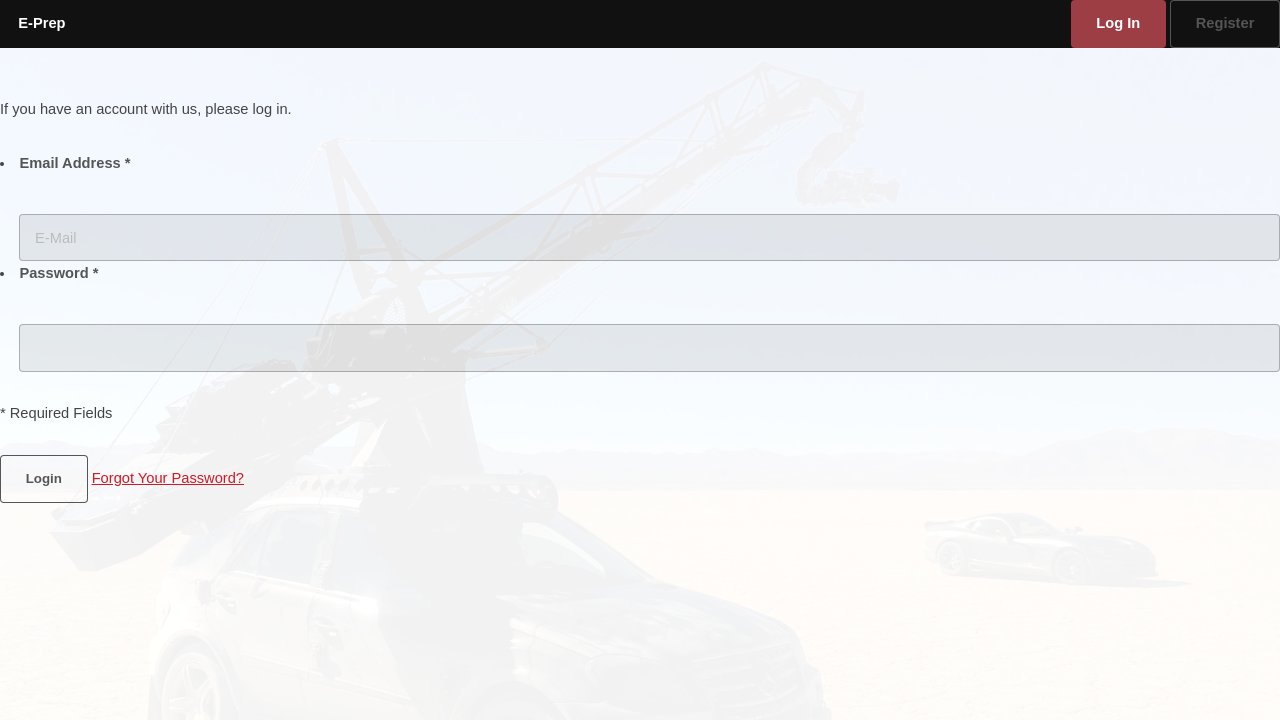
Repository: frankiep95/EPrep
Page: http://localhost/ePrep/WEB-INF/views/login.jsp
An editor plug-in stored every save of this project. The page is shown before and after the next save, followed by the edit.
The browser window is 1280 px wide. The pictures show the whole page.
Some web fonts or font styles are not loaded; a fallback is used. The page is served by Tomcat 9. Nobody is signed in. Other server files are loaded and not shown. The template is opened directly, without the code that normally fills it, so the values that code supplies are empty.

Above is the page before, as saved 2020-10-05 05:32:13.

### ePrep/src/main/webapp/WEB-INF/views/login.jsp
<%@ page language="java" contentType="text/html; charset=ISO-8859-1"
    pageEncoding="ISO-8859-1"%>
<!DOCTYPE html>
<html lang="en">
<head>
		<title>Log In</title>
		<meta charset="utf-8">
		<meta name="viewport" content="width=device-width, initial-scale=1, user-scalable=no">
		<meta name="description" content="">
		<meta name="keywords" content="">
		<link rel="stylesheet" href="static/assets/css/main.css">

</head>

<body class="">


  <!-- Header -->
  <jsp:include page="Components/header.jsp"></jsp:include>
  <!-- end header -->

  <!-- Navbar -->


  <!-- Main Container -->

            <h3><small class="text-danger">${error} ${param.error}</small> <br>${msg}</h3>
            <form action="login" method="POST" >
            <div class="content">
              <p>If you have an account with us, please log in.
              </p>
              <ul class="form-list">
                <li>
                  <label for="email">Email Address <span class="required">*</span></label>
                  <br>
                  <input type="email" title="E-Mail" placeholder="E-Mail" class="input-text" id="email" name="email">
                </li>
                <li>
                  <label for="password">Password <span class="required">*</span></label>
                  <br>
                  <input type="password" title="" id="pass" class="input-text" name="password">
                </li>
              </ul>
              <p class="required">* Required Fields</p>
              <div class="buttons-set">
                <button id="send2" type="submit" class="button login"><span>Login</span></button>
                <a class="forgot-word" href="#">Forgot Your Password?</a> </div>
            </div>
            </form>


</body>
</html>

### ePrep/src/main/webapp/WEB-INF/views/Components/header.jsp
<%@ taglib prefix="spring" uri="http://www.springframework.org/tags"%>
<%@ taglib prefix="c" uri="http://java.sun.com/jsp/jstl/core"%>
<header id="header">
	<a class="logo" href="index.html">E-Prep</a>
	<nav>
		<div>

				<c:choose>
					<c:when test="${empty loggedInUser}">
						<a class="button primary header" href="login">Log In</a>
						<a class="button" href="signup">Register</a>
					</c:when>
					<c:otherwise>
						<%--             	<c:if test="${fn:contains(role,'ADMINDBA')}"> --%>
						<c:if test="${role eq 'ADMIN' || role eq 'DBA'}">
							<div class="login">
								<a href="admin"><span class="hidden-xs">admin</span></a>
							</div>
						</c:if>
						<div class="myaccount">
							<a title="My Account" href="profile"><span class="hidden-xs">My
									Account</span></a>
						</div>
						<div class="myaccount">
							<a title="My Account" href="logout"><span class="hidden-xs">Logout</span></a>
						</div>
					</c:otherwise>
				</c:choose>



		</div>
	</nav>
</header>
<nav id="menu">
	<ul class="links">
		<li><a href="index.html">Home</a></li>
		<li><a href="elements.html">Elements</a></li>
		<li><a href="generic.html">Generic</a></li>
	</ul>
	<a href="#menu" class="close"></a>
</nav>

### ePrep/src/main/webapp/WEB-INF/views/Components/footer.jsp
			<footer id="footer">
				<div class="inner">
					<div class="content">
						<section>
							<h3>E-Prep</h3>
							<p>Thank you for your interest! E-Prep is a tool designed to help all the individuals involved in getting that picture perfect shot a way to organize and track what equipment is needed for the job</p>
						</section>

						<section>
							<h4>Connect with us!</h4>
							<ul class="plain">
								<li><a href="#"><i class="icon fa-twitter">&nbsp;</i>Twitter</a></li>
								<li><a href="#"><i class="icon fa-facebook">&nbsp;</i>Facebook</a></li>
								<li><a href="#"><i class="icon fa-instagram">&nbsp;</i>Instagram</a></li>
							</ul>
						</section>
					</div>
					<div class="copyright">
						© Untitled. Photos <a href="https://unsplash.co">Unsplash</a>, Video <a href="https://coverr.co">Coverr</a>.
					</div>
				</div>
			</footer>

Loaded but not shown: ePrep/src/main/webapp/static/assets/css/font-awesome.min.css (library); ePrep/src/main/webapp/static/assets/css/main.css (2826 lines, source omitted)

After the next save:
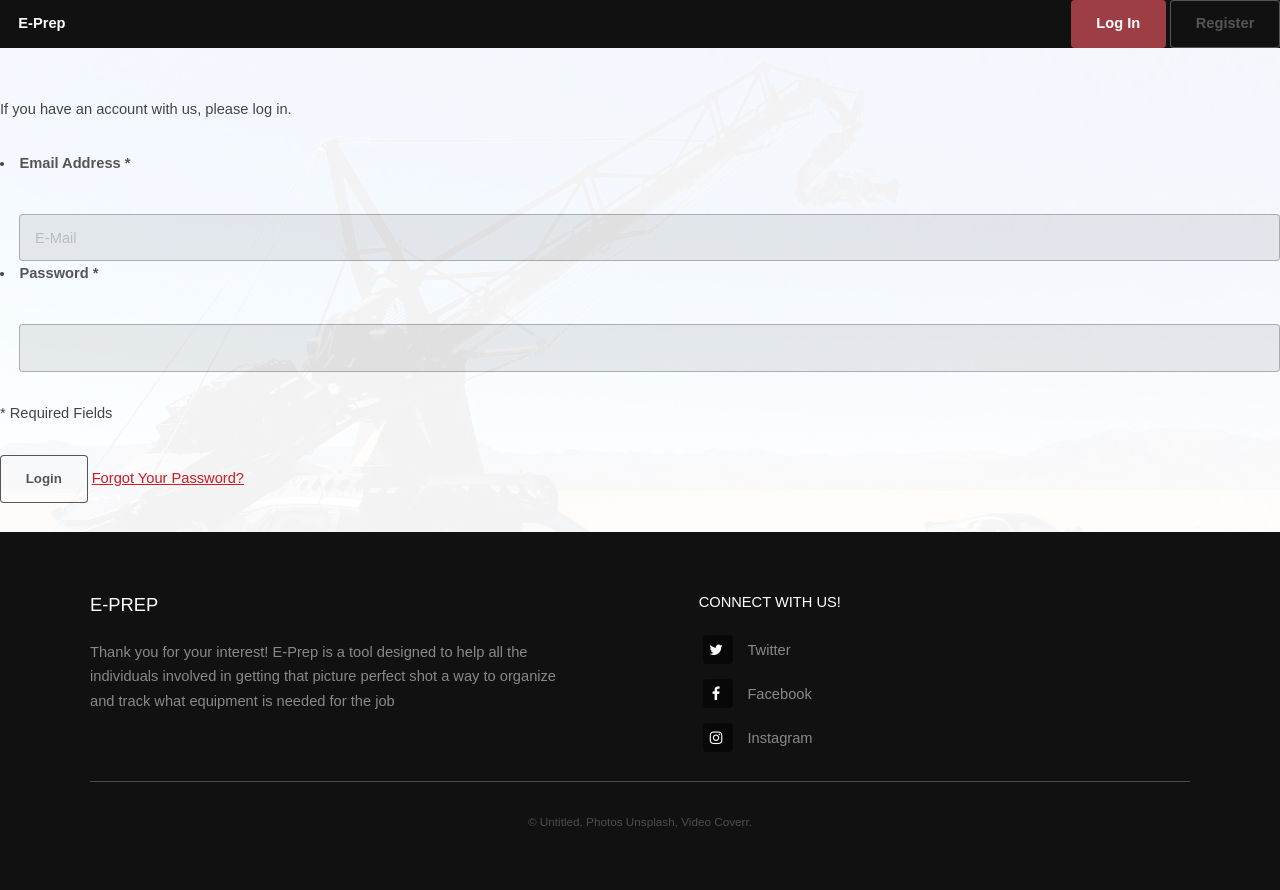
Saved 61 s later.
--- a/ePrep/src/main/webapp/WEB-INF/views/login.jsp
+++ b/ePrep/src/main/webapp/WEB-INF/views/login.jsp
@@ -16,7 +16,7 @@
 
 
   <!-- Header -->
-  <jsp:include page="Components/header.jsp"></jsp:include>
+  <jsp:include page="Components/header.jsp"/>
   <!-- end header -->
 
   <!-- Navbar -->
@@ -48,6 +48,6 @@
             </div>
             </form>
 
-
+	<jsp:include page="Components/footer.jsp"/>
 </body>
 </html>
